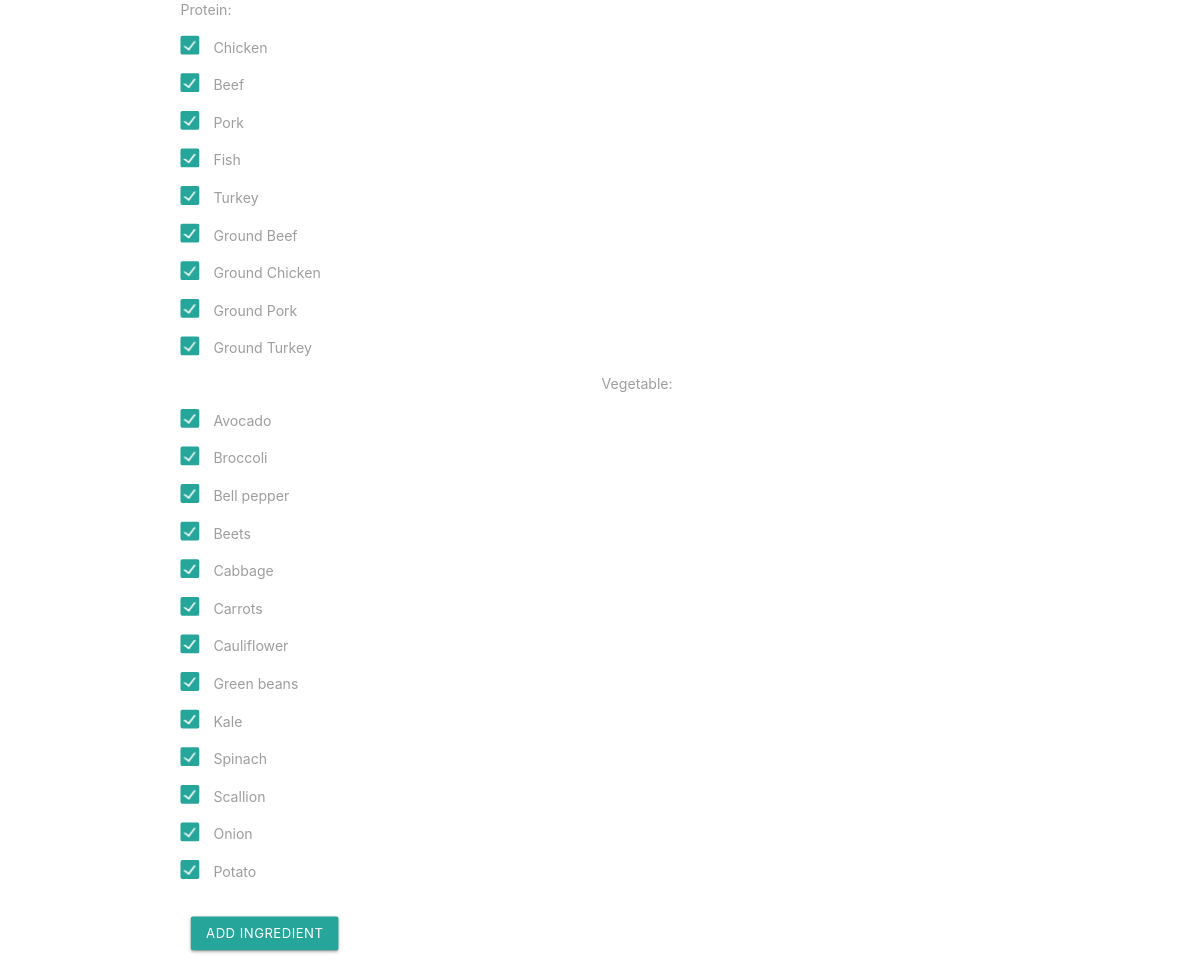
Repository: Aaron-R-Carter/Project1
Page: prototype.html
An editor plug-in stored every save of this project. The page is shown before and after a run of saves, followed by the edit.
The browser window is 1280 px wide. The pictures show the whole page, at 94% of full size.

Above is the page before, as saved 2019-10-31 23:40:41.
Console error: SyntaxError: Unexpected token '<'

### prototype.html
<!DOCTYPE html>
<html>

<head>
    <!--Import Google Icon Font-->
    <link href="https://fonts.googleapis.com/icon?family=Material+Icons" rel="stylesheet">
    <!--Import materialize.css-->
    <link rel="stylesheet" href="https://cdnjs.cloudflare.com/ajax/libs/materialize/1.0.0/css/materialize.min.css">
    <link rel="stylesheet" href="./prototype.css">
    <!--Let browser know website is optimized for mobile-->
    <meta name="viewport" content="width=device-width, initial-scale=1.0" />

</head>

<body>

    <div class="container">
        <div id="check-box" class="row">
            <div class="protein-col m3">

                <form action="#">
                    <label type="text" class="label">Protein:</label>
                    <p>
                        <label>
                            <input type="checkbox" class="filled-in" checked="checked" />
                            <span>Chicken</span>
                        </label>
                    </p>
                    <p>
                        <label>
                            <input type="checkbox" class="filled-in" checked="checked" />
                            <span>Beef</span>
                        </label>
                    </p>
                    <p>
                        <label>
                            <input type="checkbox" class="filled-in" checked="checked" />
                            <span>Pork</span>
                        </label>
                    </p>
                    <p>
                        <label>
                            <input type="checkbox" class="filled-in" checked="checked" />
                            <span>Fish</span>
                        </label>
                    </p>
                    <p>
                        <label>
                            <input type="checkbox" class="filled-in" checked="checked" />
                            <span>Turkey</span>
                        </label>
                    </p>
                    <p>
                        <label>
                            <input type="checkbox" class="filled-in" checked="checked" />
                            <span>Ground Beef</span>
                        </label>
                    </p>
                    <p>
                        <label>
                            <input type="checkbox" class="filled-in" checked="checked" />
                            <span>Ground Chicken</span>
                        </label>
                    </p>
                    <p>
                        <label>
                            <input type="checkbox" class="filled-in" checked="checked" />
                            <span>Ground Pork</span>
                        </label>
                    </p>
                    <p>
                        <label>
                            <input type="checkbox" class="filled-in" checked="checked" />
                            <span>Ground Turkey</span>
                        </label>
                    </p>

                    <div class="vegetable col m6"></div>

                    <form action="#">
                        <label type="text" class="label">Vegetable:</label>
                        <p>
                            <label>
                                <input type="checkbox" class="filled-in" checked="checked" />
                                <span>Avocado</span>
                            </label>
                        </p>
                        <p>
                            <label>
                                <input type="checkbox" class="filled-in" checked="checked" />
                                <span>Broccoli</span>
                            </label>
                        </p>
                        <p>
                            <label>
                                <input type="checkbox" class="filled-in" checked="checked" />
                                <span>Bell pepper</span>
                            </label>
                        </p>
                        <p>
                            <label>
                                <input type="checkbox" class="filled-in" checked="checked" />
                                <span>Beets</span>
                            </label>
                        </p>
                        <p>
                            <label>
                                <input type="checkbox" class="filled-in" checked="checked" />
                                <span>Cabbage</span>
                            </label>
                        </p>
                        <p>
                            <label>
                                <input type="checkbox" class="filled-in" checked="checked" />
                                <span>Carrots</span>
                            </label>
                        </p>
                        <p>
                            <label>
                                <input type="checkbox" class="filled-in" checked="checked" />
                                <span>Cauliflower</span>
                            </label>
                        </p>
                        <p>
                            <label>
                                <input type="checkbox" class="filled-in" checked="checked" />
                                <span>Green beans</span>
                            </label>
                        </p>
                        <p>
                            <label>
                                <input type="checkbox" class="filled-in" checked="checked" />
                                <span>Kale</span>
                            </label>
                        </p>
                        <p>
                            <label>
                                <input type="checkbox" class="filled-in" checked="checked" />
                                <span>Spinach</span>
                            </label>
                        </p>
                        <p>
                            <label>
                                <input type="checkbox" class="filled-in" checked="checked" />
                                <span>Scallion</span>
                            </label>
                        </p>
                        <p>
                            <label>
                                <input type="checkbox" class="filled-in" checked="checked" />
                                <span>Onion</span>
                            </label>
                        </p>
                        <p>
                            <label>
                                <input type="checkbox" class="filled-in" checked="checked" />
                                <span>Potato</span>
                            </label>
                        </p>
                    </form>
            </div>


        </div>
        <form id="ingredient-add-btn" class="row">

            <!-- Button will trigger new ingredient to be added -->
            <div class="col s 12">
                <input id="add " class="btn btn-primary mb-2" type="submit" value="add ingredient">
            </div>
        </form>


        <div id="ingredient-view-button"></div>

    </div>



    <script src="https://code.jquery.com/jquery-3.4.1.min.js"
        integrity="sha256-CSXorXvZcTkaix6Yvo6HppcZGetbYMGWSFlBw8HfCJo=" crossorigin="anonymous"></script>
    <script src="https://cdnjs.cloudflare.com/ajax/libs/materialize/1.0.0/js/materialize.min.js"></script>
    <script src="./script.js"></script>

</body>

</html>

### prototype.css
#form-page {
    width: 100%;

    border: 2px solid black;
}
.label {
    font-size: 15px;
}
.input-field col m6{
   float:left;
}

### script.js

    <div id="left-box">
    <form id="ingredient-form">
        <label for="ingredient-input">List of Ingredients:</label>
        <br>
        <input type="text" id="ingredient-input" placeholder="Ingredients">

        <!-- Button will trigger new ingredients to be added -->
        <input id="add " class="btn btn-primary mb-2" type="submit" value="Add a zipcode">
    </form>

    <div id="zipcode-view"></div>
</div>

After the next 2 saves:
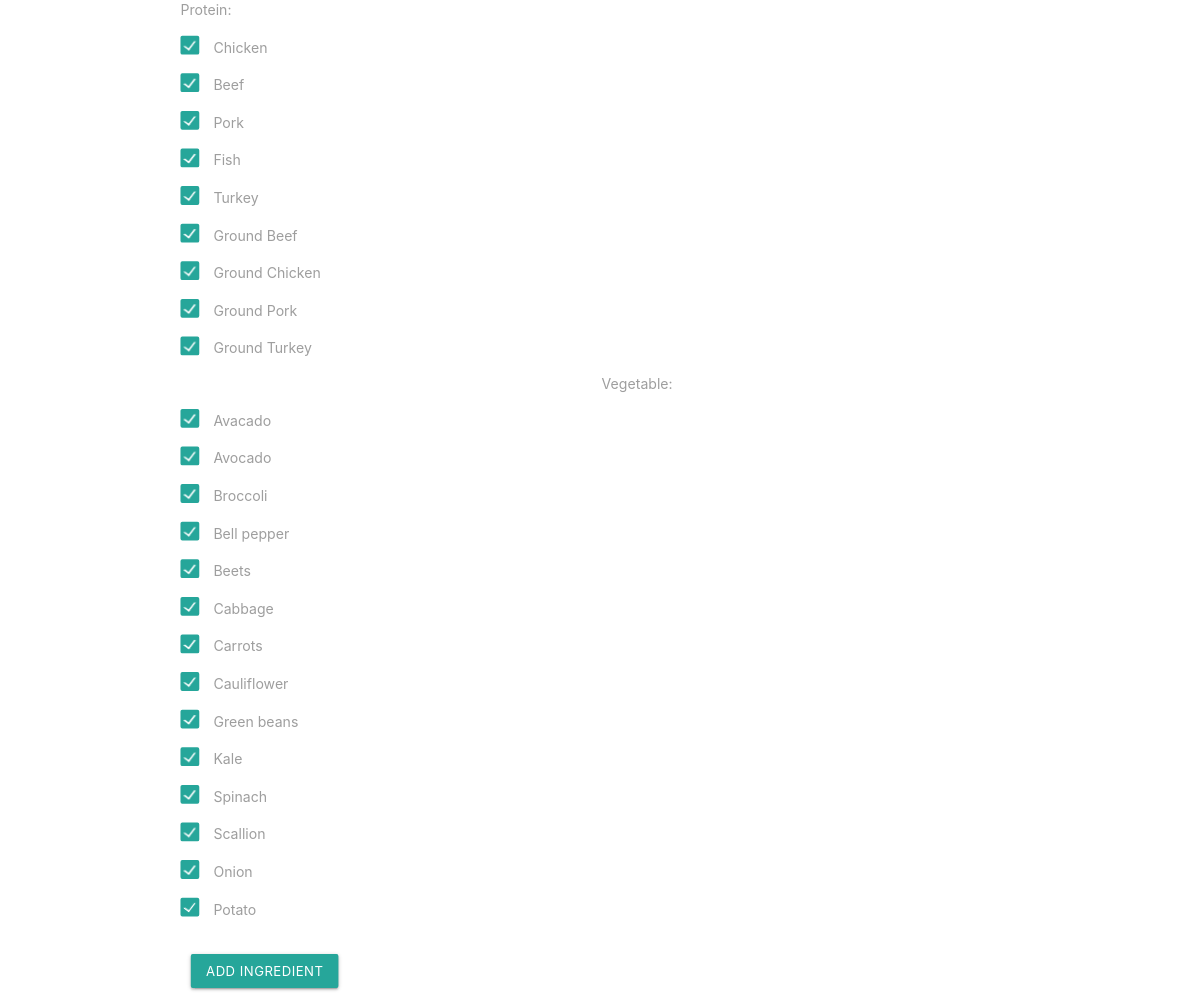
The 2 saves are shown as one change because they came seconds apart.
The last was saved 20 s later.
--- a/prototype.html
+++ b/prototype.html
@@ -79,7 +79,13 @@
 
                     <form action="#">
                         <label type="text" class="label">Vegetable:</label>
+
                         <p>
+                                <label>
+                                    <input type="checkbox" class="filled-in" checked="checked" />
+                                    <span>Avacado</span>
+                                </label>
+                            </p><p>
                             <label>
                                 <input type="checkbox" class="filled-in" checked="checked" />
                                 <span>Avocado</span>
